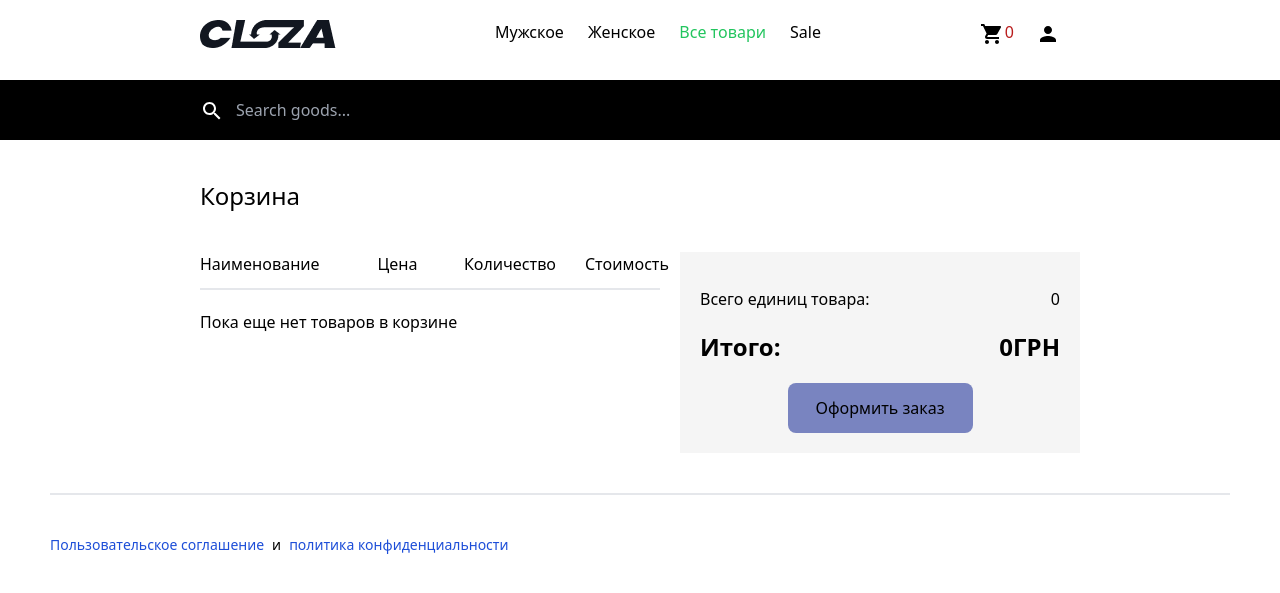
Repository: Ivan-Dovgoniuk/clothes-shop-front-end
Page: /cart
The author's editor kept a copy of each file at every save. The page is drawn from the files as they stood at one save, then again after the next save.
The browser window is 1280 px wide. The pictures show the whole page.
The page's requests for data from a server got no answer. The project was rebuilt for these pictures with package versions that can differ from the ones it lists, and the page was loaded fresh each time. No one was signed in, and anything a server would have sent is missing. Also part of the build but not shown: src/hooks/checkProductStatus.hook.ts, src/hooks/productStatusEditor.hook.ts, src/Components/ProductItem/ProductItem.tsx, src/Pages/ProductPage/components/Products/Products.tsx, src/Pages/CategoriesPage/components/SideBarFilters/CategoryFilter.tsx, src/Pages/CategoriesPage/components/SideBar/SideBarMobile.tsx, src/Pages/CategoriesPage/components/SideBar/SideBar.tsx, src/Pages/CategoriesPage/Categories.tsx and 16 more. Imported but missing from the stored project, and not drawn on this page: src/Pages/CategoriesPage/components/SideBarFilters/ColorFilter, src/Pages/CategoriesPage/components/SideBarFilters/PriceFilter, src/Pages/CategoriesPage/components/SideBarFilters/SizeFilter.

Above is the page before, as saved 2023-01-18 18:33:00.

### src/App.tsx
import Footer from './Components/Footer/Footer';
import Header from './Components/Header/Header';
import Categories from './Pages/CategoriesPage/Categories';
import Home from './Pages/HomePage/Home';
import ProductPage from './Pages/ProductPage/ProductPage';
import Cart from './Pages/CartPage/Cart'

import { Routes, Route } from 'react-router-dom';
import AddProductPage from './Pages/AddProductPage/AddProductPage';
import { useEffect} from 'react';
import { useDispatch, useSelector } from 'react-redux';
import { AppDispatch, RootState } from './store';
import { getUser } from './slices/userSlice';
import { useAddFullCartMutation} from './api/userApi';
import AuthController from './HOC/AuthController';
import FavoriteProducts from './Pages/FavoriteProductsPage/FavoriteProducts';



function App() {

    const auth = useSelector((state:RootState)=>state.user.auth)
    const dispatch = useDispatch<AppDispatch>();
    const cart = useSelector((state:RootState)=>state.user.cart)

    const [addFullCart] = useAddFullCartMutation()


    useEffect(()=>{
      if(auth){
        dispatch(getUser())
        if(cart.length !==0){
          addFullCart({products_id:cart})
        }
      }
    },[auth])

  return (
    <>
      <Header/>
      <Routes>
        <Route path='/' element={<Home/>}/>
        <Route path='/categories' element={<Categories/>}/>
        <Route path='/product/:id' element={<ProductPage/>}/>
        <Route path='/cart' element={

                  <AuthController>
                      <Cart/>
                  </AuthController>
        }/>
        <Route path='/addproduct' element={<AddProductPage/>}/>
        <Route path='/favorite' element={<FavoriteProducts/>}/>
      </Routes>
      <Footer/>
    </>

  );
}

export default App;

### src/store/index.ts
import { configureStore } from '@reduxjs/toolkit';
import  products  from '../slices/productsSlice';
import  user  from '../slices/userSlice';
import { productsApi } from '../api/productsApi';
import { userApi } from '../api/userApi';

export type RootState = ReturnType<typeof store.getState>
export type AppDispatch = typeof store.dispatch

const store = configureStore({
    reducer: {products,user,[productsApi.reducerPath]: productsApi.reducer,[userApi.reducerPath]: userApi.reducer},
    middleware: getDefaultMiddleware => getDefaultMiddleware().concat(productsApi.middleware).concat(userApi.middleware),
})
export default store;

### src/Components/Footer/Footer.tsx
import React from 'react'
import { Link } from 'react-router-dom'

export default function Footer() {
  return (
    <div className='container'>
        <p className='mt-10 border-t-2 pt-10 text-xs sm:text-sm mb-10'>
            <span className='mr-2  text-blue-700'>
                <Link to="">
                    Пользовательское соглашение
                </Link>
            </span>
            <span>
                и
                <Link to="" className='ml-2 text-blue-700' >
                  политика конфиденциальности
                </Link>
            </span>
        </p>
    </div>
  )
}

### src/Pages/CartPage/Cart.tsx
import React, { useEffect, useState } from 'react'
import { useSelector } from 'react-redux'
import BreadCrumbs from '../../Components/BreadCrumbs/BreadCrumbs'
import CartItem from './components/CartItem/CartItem'
import { RootState } from '../../store'

export default function Cart() {

    const cart = useSelector((state:RootState)=> state.user.cart)
    const [numberOfProducts,setNumberOfProducts] = useState<number>(0)
    const [totalPrice,setTotalPrice] = useState<number>(0)

    useEffect(()=>{
        setNumberOfProducts(cart.length)
    },[cart.length])


  return (
    <>
        <section className='container lg:px-[200px] mt-10'>
            <div>
                <h2 className='font-normal text-2xl mb-10'>
                    Корзина
                </h2>
            </div>
           <div className="flex flex-col lg:flex-row lg:justify-between gap-5">
                <div className='w-full'>
                    <div className="hidden lg:flex border-b-2 justify-between mb-5 pb-3">
                        <p className='max-w-[325px] w-full'>Наименование</p>
                        <p className='max-w-[75px] w-full text-center'>Цена</p>
                        <p className='max-w-[150px] w-full text-center'>Количество</p>
                        <p className='max-w-[75px] w-full text-center'>Стоимость</p>
                    </div>
                    <div>
                        {
                          cart.length ? cart.map((id)=>{
                                if(id){
                                    return <CartItem key={id}
                                                     setNumberOfProducts={setNumberOfProducts}
                                                     product_id={id}
                                                     setTotalPrice={setTotalPrice}
                                                     totalPrice={totalPrice}
                                                     />
                                }
                            })
                            :
                            <p>Пока еще нет товаров в корзине</p>
                        }
                    </div>
                </div>
                <div className="flex flex-col gap-5 max-w-[400px] w-full pt-[35px] px-5 bg-[WhiteSmoke]">
                    <div className="flex justify-between">
                        <p>Всего единиц товара:</p>
                        <p>{numberOfProducts}</p>
                    </div>
                    <div className="flex justify-between font-bold text-2xl">
                        <p>Итого:</p>
                        <p>{totalPrice}ГРН</p>
                    </div>
                    <div className="flex justify-center mb-5">
                        <button className='w-[185px] h-[50px] bg-[#7984C0] rounded-lg'>
                            Оформить заказ
                        </button>
                    </div>
                </div>
           </div>
        </section>
    </>

  )
}

### src/api/userApi.tsx
import { createApi, fetchBaseQuery } from '@reduxjs/toolkit/query/react'

export const userApi = createApi({
  reducerPath: 'userApi',
  baseQuery: fetchBaseQuery({ baseUrl: 'http://localhost:5000/' }),
  endpoints: (builder) => ({
    sendToCart: builder.mutation({
      query: (body) => ({
        url: '/addToCart',
        method: 'POST',
        body,
        headers:{
          'Content-Type':'application/json',
          "Authorization":`Bearer ${localStorage.getItem('token')}`
        },
      }),
  }),
  deleteFromCart: builder.mutation({
    query: (body) => ({
      url: '/removeFromCart',
      method: 'POST',
      body,
      headers:{
        'Content-Type':'application/json',
        "Authorization":`Bearer ${localStorage.getItem('token')}`
      },
    }),
  }),
  removeFullCart: builder.mutation({
    query: (body) => ({
      url: '/removeFullCart',
      method: 'POST',
      body,
      headers:{
        'Content-Type':'application/json',
        "Authorization":`Bearer ${localStorage.getItem('token')}`
      },
    }),
  }),
  addFullCart: builder.mutation({
    query: (body) => ({
      url: '/addFullCart',
      method: 'POST',
      body,
      headers:{
        'Content-Type':'application/json',
        "Authorization":`Bearer ${localStorage.getItem('token')}`
      },
    }),
  }),
  addToFavoriteProducts: builder.mutation({
    query: (body) => ({
      url: '/addFavoriteProduct',
      method: 'POST',
      body,
      headers:{
        'Content-Type':'application/json',
        "Authorization":`Bearer ${localStorage.getItem('token')}`
      },
    }),
  }),
  deleteFromFavoriteProducts: builder.mutation({
    query: (body) => ({
      url: '/removeFromFavorite',
      method: 'POST',
      body,
      headers:{
        'Content-Type':'application/json',
        "Authorization":`Bearer ${localStorage.getItem('token')}`
      },
    }),
  }),
  getFavorite: builder.query<any,{products_id:string[]}>({
    query: (arg) => ({
      url:`/getFavorite?products_id=${arg.products_id}`,
      headers:{
        'Content-Type':'application/json',
        "Authorization":`Bearer ${localStorage.getItem('token')}`
      }
    })
  })
})
})
export const {
  useSendToCartMutation,
  useDeleteFromCartMutation,
  useAddFullCartMutation,
  useRemoveFullCartMutation,
  useAddToFavoriteProductsMutation,
  useDeleteFromFavoriteProductsMutation,
  useGetFavoriteQuery
} = userApi;

### src/HOC/AuthController.tsx
import {ReactNode} from 'react'
import { useSelector } from 'react-redux'
import { Navigate} from 'react-router-dom'
import { RootState } from '../store'

type AuthControllerProps = {
    children:ReactNode
}

export default function AuthController({children}:AuthControllerProps) {

    const auth = useSelector((state:RootState)=>state.user.auth)

    if(!auth){
        return <Navigate to='/'/>
    }

    return <>{children}</>
}

### src/slices/productsSlice.ts

import {createSlice} from "@reduxjs/toolkit";

type InitialState ={
    gender:string,
    sale:boolean
    searchField:string,
    category:string
}

 const initialState:InitialState = {
    gender:'',
    sale:false,
    searchField:'',
    category:''
}

const productsSlice = createSlice({
    name: 'products',
    initialState,
    reducers: {
        selectGender:(state,action:{payload:string})=>{
            state.gender = action.payload;
       },
       selectSale:(state,action:{payload:boolean})=>{
        state.sale = action.payload;
       },
       setSearchFieldGlobalState:(state,action:{payload:string})=>{
        state.searchField = action.payload;
       },
       setCategoryGlobalState:(state,action:{payload:string})=>{
        state.category = action.payload;
       },

    }
});

const {actions,reducer} = productsSlice;

export default reducer;
export const {
selectGender,
selectSale,
setSearchFieldGlobalState,
setCategoryGlobalState
 } = actions;

### src/api/productsApi.tsx
import { createApi, fetchBaseQuery } from '@reduxjs/toolkit/query/react'

export const productsApi = createApi({
  reducerPath: 'productsApi',
  baseQuery: fetchBaseQuery({ baseUrl: 'http://localhost:5000/' }),
  endpoints: (builder) => ({
    getProducts: builder.query<any,{limit?:Number,page?:Number,gender?:String,size?:String[],color?:String,categoryQuery?:string,price?:Number[],isNewProduct?:Boolean,sale?:Boolean,searchField?:string}>({
      query: (arg) => `getProducts?limit=${arg.limit}&page=${arg.page}&gender=${arg.gender}&size=${arg.size}&color=${arg.color}&category=${arg.categoryQuery}&price=${arg.price}&isNewProduct=${arg.isNewProduct}&sale=${arg.sale}&searchField=${arg.searchField}`
    }),
    getProduct: builder.query({
      query: (id) => `getProduct/${id}`
    }),
    getProductBySearchField: builder.query<any,{searchField:string}>({
      query: (arg) => `getProductBySearchField?searchField=${arg.searchField}`
    }),
    addProduct: builder.mutation({
      query: (body) => ({
        url: '/addProduct',
        method: 'POST',
        body,
        headers: {
        },
      }),
  }),
})
})
export const {
  useGetProductsQuery,
  useAddProductMutation,
  useGetProductQuery,
  useGetProductBySearchFieldQuery
} = productsApi;

### src/Components/UserAccountMenu/UserAccounMenu.tsx
import React from 'react';
import { useDispatch } from 'react-redux';
import {Link} from 'react-router-dom'

import { logOut } from '../../slices/userSlice';

import Button from '@mui/material/Button';
import Menu from '@mui/material/Menu';
import MenuItem from '@mui/material/MenuItem';
import PersonIcon from '@mui/icons-material/Person';







export default function UserAccountMenu() {

  const dispatch = useDispatch()

  const [anchorEl, setAnchorEl] = React.useState<null | HTMLElement>(null);
  const open = Boolean(anchorEl);

  const handleClick = (event: React.MouseEvent<HTMLButtonElement>) => {
    setAnchorEl(event.currentTarget);
  };
  const handleClose = () => {
    setAnchorEl(null);
  };

  const onLogOut =()=> {
    dispatch(logOut())
  }

  return (
    <div>
      <Button
        id="basic-button"
        style={{padding:0}}
        aria-controls={open ? 'basic-menu' : undefined}
        aria-haspopup="true"
        aria-expanded={open ? 'true' : undefined}
        onClick={handleClick}
      >
        <PersonIcon sx={{ color: "black" }}/>
      </Button>
      <Menu
        id="basic-menu"
        anchorEl={anchorEl}
        open={open}
        onClose={handleClose}
        MenuListProps={{
          'aria-labelledby': 'basic-button',
        }}
      >
        <MenuItem onClick={handleClose}>My orders</MenuItem>
        <MenuItem onClick={handleClose}><Link to="/addproduct">Add product</Link></MenuItem>
        <MenuItem onClick={handleClose}><Link to="/favorite">My favorite products</Link></MenuItem>
        <MenuItem onClick={handleClose}>Logout</MenuItem>
      </Menu>
    </div>
  );
}

### src/Components/BurgerMenu/BurgerMenu.tsx
import { Toolbar } from '@mui/material'
import IconButton from '@mui/material/IconButton';
import MenuIcon from '@mui/icons-material/Menu';
import Menu from '@mui/material/Menu';
import MenuItem from '@mui/material/MenuItem';
import React, { useState } from 'react'
import { useDispatch, useSelector } from 'react-redux';
import { RootState } from '../../store';
import { Link } from 'react-router-dom';
import { useHeaderFilters } from '../../hooks/headerFilters.hook';

export default function BurgerMenu() {


const [anchorEl, setAnchorEl] = React.useState<null | HTMLElement>(null);
  const open = Boolean(anchorEl);
  const handleClick = (event: React.MouseEvent<HTMLButtonElement>) => {
    setAnchorEl(event.currentTarget);
  };
  const handleClose = () => {
    setAnchorEl(null);
  };

    const sale = useSelector((state:RootState) => state.products.sale)

    const {onSale,onGender,onAllProducts}=useHeaderFilters(sale)

  return (
    <>
        <Toolbar sx={{padding:'0',maxWidth:'50px',width:100,display:"flex",justifyContent:"center",alignItems:'center',minHeight:0}}>
            <IconButton
                size="large"
                edge="start"
                color="inherit"
                aria-label="menu"
                sx={{ mr: 2,p:0 }}
                onClick={handleClick}
            >
                <MenuIcon />
            </IconButton>
        </Toolbar>
        <Menu
            id="basic-menu"
            anchorEl={anchorEl}
            open={open}
            onClose={handleClose}
            MenuListProps={{
            'aria-labelledby': 'basic-button',
            }}
        >
            <MenuItem onClick={handleClose}>

                        <Link to="/categories" onClick={(e)=>onGender(e.currentTarget.innerText)}>
                            Мужское
                        </Link>

            </MenuItem>
            <MenuItem onClick={handleClose}>

                        <Link to="/categories" onClick={(e)=>onGender(e.currentTarget.innerText)}>
                            Женское
                        </Link>

            </MenuItem>
            <MenuItem onClick={handleClose}>

                        <Link to="/categories" onClick={onAllProducts}>
                            Все товари
                        </Link>

            </MenuItem>
            <MenuItem onClick={handleClose}>

                        <Link to='/categories' className='text-red-700' onClick={onSale}>
                            Sale
                        </Link>

            </MenuItem>
        </Menu>
    </>



  )
}

### src/Components/Search/Search.tsx
import React, { useState } from 'react'
import SearchIcon from '@mui/icons-material/Search';
import { Link,useNavigate } from 'react-router-dom';
import { useGetProductBySearchFieldQuery } from '../../api/productsApi';
import { useDispatch } from 'react-redux';
import { setSearchFieldGlobalState } from '../../slices/productsSlice';


type SearchProps = {
  searchField:string,
  setSearchField:React.Dispatch<React.SetStateAction<string>>
}

type SearchItem = {
  name:string,
  _id:string
}

export default function Search({searchField,setSearchField}:SearchProps) {

  const {data=[],error,isLoading} = useGetProductBySearchFieldQuery({searchField})
  const dispatch = useDispatch();
  const navigate = useNavigate();
  const [searchWindowVisibility,setSearchWindowVisibility] = useState<boolean>(true)

  const closeSearchWindow = ()=>{
    document.body.addEventListener('click',(e)=>{
        const element = e.target as HTMLElement
        if(element.tagName !== 'INPUT'){
          setSearchWindowVisibility(false)
        }
    })
  }
  closeSearchWindow()

  const onSearchButton = (e:React.MouseEvent) =>{
    e.preventDefault()
    if(searchField){
      dispatch(setSearchFieldGlobalState(searchField))
      navigate('/categories')
    }else alert('Введите поисковий запрос')
  }

  return (
    <div className={"h-[60px] w-full bg-black flex items-center"}>
        <div className="container lg:px-[200px]">
            <form className={"flex items-center relative"}>
                <button className={"mr-3"} type="submit" onClick={(e)=>{onSearchButton(e)}}>
                    <SearchIcon sx={{color:"white"}}/>
                </button>
                <input type="text"
                       value = {searchField}
                       className={"bg-black w-full text-white"}
                       placeholder="Search goods..."
                       onChange={(e)=>setSearchField(e.currentTarget.value)} onFocus={(e)=>setSearchWindowVisibility(true)}/>
                { searchField.length>2 &&
                <div className={`${!searchWindowVisibility && 'hidden' } flex-col absolute w-[500px] max-h-[250px] bg-white text-black top-11 left-9 z-20 overflow-auto`}>
                  <ul>
                  { data.map((item:SearchItem)=>{
                      return(
                        <Link to={`product/${item._id}`} key={item._id}>
                          <li className='hover:bg-gray-200 p-2'>
                              {item.name}
                          </li>
                        </Link>
                      )
                    })
                  }
                  </ul>
                </div>
                }
            </form>
        </div>
    </div>
  )
}

### src/hooks/productsSelector.hook.ts
import { useSelector } from "react-redux"
import { RootState } from "../store"


export const useProductsSelector = ()=>{
    return useSelector((state:RootState)=>state.products)

}

### src/hooks/userSelector.hook.ts
import { useSelector } from "react-redux"
import { RootState } from "../store"


export const useUserSelector = ()=>{
    return useSelector((state:RootState)=>state.user)

}

### src/hooks/headerFilters.hook.ts
import { useDispatch } from "react-redux"
import { selectGender, selectSale } from "../slices/productsSlice"

export const useHeaderFilters=(sale:boolean)=>{

    const dispatch = useDispatch()

    const onGender = (gender:string)=>{
        console.log(gender)
        if(gender == 'Мужское')
        dispatch(selectGender('male'))
        else
        dispatch(selectGender('female'))
    }
    const onSale = ()=>{
        dispatch(selectSale(!sale))
    }
    const onAllProducts =()=>{
        dispatch(selectGender(''))
    }

    return {onGender,onSale,onAllProducts}
}

### src/hooks/http.hook.ts
const clientURL = process.env.NODE_ENV === 'development' ? process.env.REACT_APP_DEV_CLIENT_URL : process.env.REACT_APP_PRO_CLIENT__URL

export const useHttp = () => {

    const request = async (url:string, method = 'GET', body:BodyInit | null | undefined = null, headers:HeadersInit = {'Content-Type': 'application/json'}) => {

        try {
            const response = await fetch(url, {method, body, headers});
            if (!response.ok) {
                const error = await response.json();
                alert(error.message)
                if(error.redirect){
                    window.location.assign(`${clientURL}/login`);
                    localStorage.removeItem('token')
                }
            }
            const data = await response.json();
            return data;
        } catch(e) {
            throw e;
        }
    };

    return {request}
}

### src/Components/LoginForm/LoginForm.tsx
import React, { FC, useEffect, useState } from 'react'
import { Link, redirect } from 'react-router-dom';
import { useDispatch} from 'react-redux';

import { AppDispatch} from '../../store';
import { loginUser } from '../../slices/userSlice';

import { useUserSelector } from '../../hooks/userSelector.hook';

import ClearIcon from '@mui/icons-material/Clear';

type LoginFormProps ={
    showLoginForm:boolean
    onCloseForm:Function
    onShowRegistrationForm:Function
    showRegistrationForm:boolean
}

export const LoginForm:FC<LoginFormProps> = ({showLoginForm,onCloseForm,onShowRegistrationForm,showRegistrationForm}) => {

    const auth = useUserSelector()

    const [email,setEmail] = useState<string>('')
    const [password,setPassword] = useState<string>('')

    const dispatch = useDispatch<AppDispatch>();

    const onLogin = (e:React.MouseEvent)=>{
            e.preventDefault()
            if(password){
                dispatch(loginUser({email,password}))
            }else alert('Введите пароль')
    }

    useEffect(()=>{
            setEmail('')
            setPassword('')
            onCloseForm()
            redirect('/')
    },[auth])


  return (
    <div className={`${!showLoginForm || showRegistrationForm ? 'hidden' : ''}`}>
        <div className='fixed z-20 w-full h-full bg-[Silver] opacity-50'>
       </div>
        <form className='max-w-[560px] w-full min-h-[500px] bg-white fixed z-30 top-[-10%] left-[50%] translate-x-[-50%] translate-y-[50%] rounded-2xl p-3'>
            <div className='flex flex-col'>
                <div className="flex justify-center w-full relative">
                    <p className='font-bold text-2xl'>Вход</p>
                    <div className='absolute right-2 top-1 cursor-pointer' onClick={()=>onCloseForm()}>
                        <ClearIcon/>
                    </div>
                </div>
            </div>
            <div className='flex flex-col gap-2 p-3'>
                <label htmlFor="email">
                    E-mail
                </label>
                <input type="email"
                       name="email"
                       placeholder='E-mail'
                       value={email}
                       className='border-2 rounded-lg min-h-[50px] pl-3'
                       onChange={(e)=>setEmail(e.currentTarget.value)}/>
            </div>
            <div className='flex flex-col gap-2 p-3'>
                <label htmlFor="password">
                    Пароль
                </label>
                <input type="password"
                       name="password"
                       placeholder='Пароль'
                       value={password}
                       className='border-2 rounded-lg min-h-[50px] pl-3'
                       onChange={(e)=>setPassword(e.currentTarget.value)}/>
            </div>
            <div className="flex justify-center mb-5">
                <button className='w-[185px] h-[50px] bg-[#7984C0] rounded-lg'
                        onClick={(e)=>onLogin(e)}>
                   Войти
                </button>
            </div>
            <div className='flex justify-center'>
                <p className='text-sm font-thin whitespace-nowrap'><span>У вас еще нет аккаунта?</span><Link to="" onClick={()=>onShowRegistrationForm()} className='text-[blue]'> Пройдите процесс регистрации</Link></p>
            </div>
        </form>
    </div>

  )
}

Loaded but not shown: public/index.html (common file); src/index.tsx (common file); src/index.css (common file); tailwind.config.js (21 lines, source omitted); src/Components/RegistrationForm/RegistrationForm.tsx (122 lines, source omitted); src/slices/userSlice.ts (136 lines, source omitted); src/Components/Header/Header.tsx (90 lines, source omitted)

After the next save:
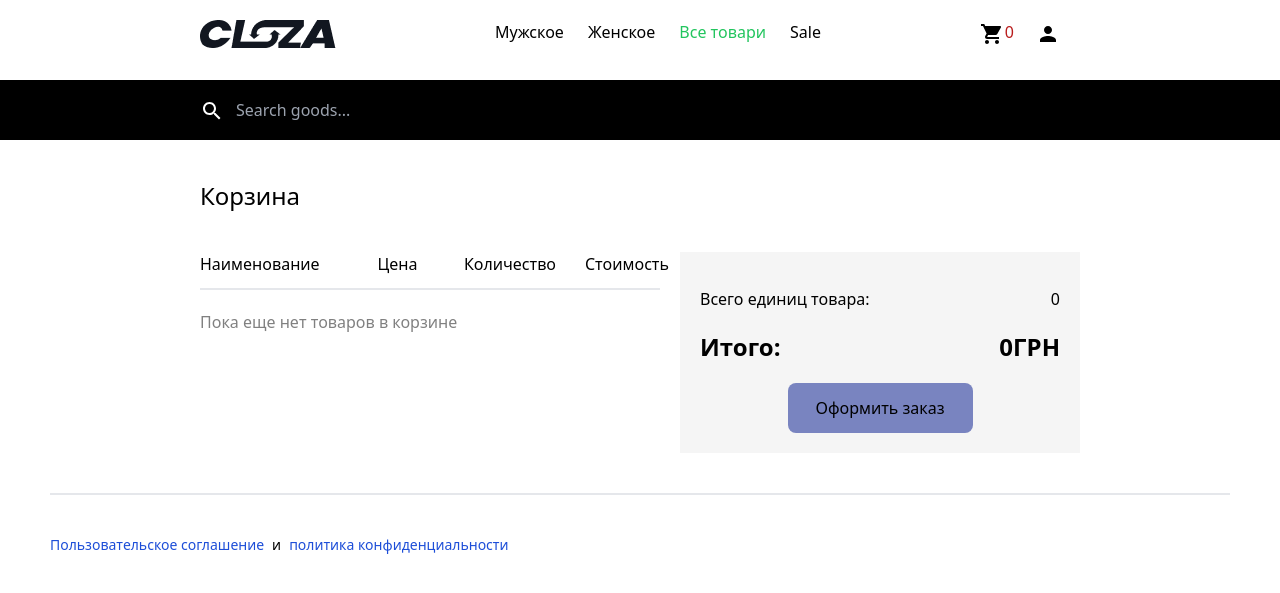
Saved 33 s later.
--- a/src/Pages/CartPage/Cart.tsx
+++ b/src/Pages/CartPage/Cart.tsx
@@ -44,7 +44,7 @@ export default function Cart() {
                                 }
                             })
                             :
-                            <p>Пока еще нет товаров в корзине</p>
+                            <p style={{color:'grey'}}>Пока еще нет товаров в корзине</p>
                         }
                     </div>
                 </div>
